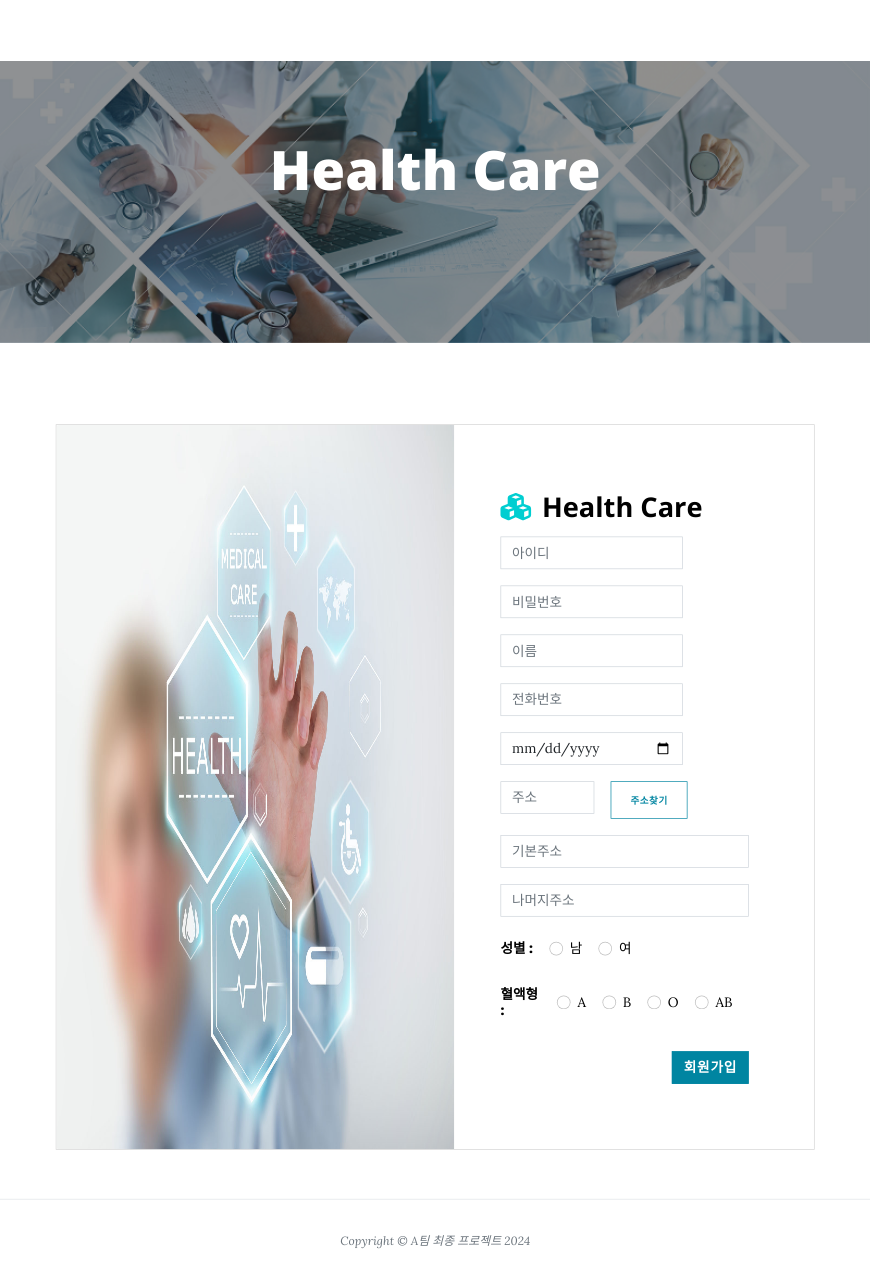
Repository: honsb91/project
Page: http://localhost/hospital/member/join.jsp
These files come from the project's save history. The page is drawn as it stood at one moment and after the next save; the edit follows.
The browser window is 1280 px wide. The pictures show the whole page, at 68% of full size.
Some web libraries are served in a nearby version. The page is served by Tomcat 9. Nobody is signed in. The application's start-up code is not run. Other server files are loaded and not shown.

Above is the page before, as saved 2024-01-29 05:15:36.

### hospital/src/main/webapp/member/join.jsp
<%@ page language="java" contentType="text/html; charset=UTF-8"
	pageEncoding="UTF-8"%>
<%@ taglib prefix="c" uri="http://java.sun.com/jsp/jstl/core"%>
<!DOCTYPE html>
<html>
<head>
<meta charset="UTF-8">
<title>회원가입</title>
<link rel="stylesheet" href="/resources/css/member/join.css">
</head>
<%@ include file="/include/header.jsp"%>
<body>
<section class="h-100">
<form id="join_form" method="post">
  <div class="container py-5 h-100">
    <div class="row d-flex justify-content-center align-items-center h-100">
      <div class="col">
        <div class="card card-registration my-4">
          <div class="row g-0">
            <div class="col-xl-6 d-none d-xl-block">
              <img src="/resources/assets/img/test5.jpg" alt="Sample photo" class="img-fluid"
                style="border-top-left-radius: .25rem; border-bottom-left-radius: .25rem;" />
            </div>
            <div class="col-xl-6">
              <div class="card-body p-md-5 text-black">
                <div class="d-flex align-items-center mb-3 pb-1">
                    <i class="fas fa-cubes fa-2x me-3" style="color: #00ced1;"></i>
                    <span class="h1 fw-bold mb-0">Health Care</span>
                  </div>
                <div class="row">
                  <div class="col-md-9 mb-4">
                    <div class="form-outline">
                      <input type="text" name="patient_id" id="id_input" class="form-control form-control-lg" placeholder="아이디" />
                    </div>
                    <span class="id_input_re_1">사용 가능한 아이디입니다.</span>
					<span class="id_input_re_2">아이디가 이미 존재합니다.</span>
                  </div>
                </div>
                <div class="row">
                  <div class="col-md-9 mb-4">
                    <div class="form-outline">
                      <input type="password" name="patient_pw" id="form3Example1m1" class="form-control form-control-lg" placeholder="비밀번호"/>
                    </div>
                  </div>
                </div>
                <div class="row">
                  <div class="col-md-9 mb-4">
                    <div class="form-outline">
                      <input type="text" name="patient_name" id="form3Example1m1" class="form-control form-control-lg" placeholder="이름"/>
                    </div>
                  </div>
                </div>

                <div class="row">
                  <div class="col-md-9 mb-4">
                    <div class="form-outline">
                      <input type="text" name="patient_phone" id="form3Example1m1" class="form-control form-control-lg" placeholder="전화번호"/>
                    </div>
                  </div>
                </div>

                <div class="row">
                  <div class="col-md-9 mb-4">
                    <div class="form-outline">
                      <input type="date" name="patient_birth" id="form3Example1m1" class="form-control form-control-lg" />
                    </div>
                  </div>
                </div>

                <div class="row">
    				<div class="col-md-5 mb-4">
        				<div class="form-outline">
            				<input type="text" name="patient_address1" class="form-control form-control-lg" readonly="readonly" placeholder="주소"/>
        				</div>
    				</div>
    				<div class="col-md-5 mb-4">
        				<button type="button" class="btn btn-outline-primary" onclick="execution_daum_address()">주소찾기</button>
    				</div>
				</div>

                <div class="form-outline mb-4">
                  <input type="text" name="patient_address2" class="form-control form-control-lg" readonly="readonly" placeholder="기본주소"/>
                </div>

                <div class="form-outline mb-4">
                  <input type="text" name="patient_address3" class="form-control form-control-lg" readonly="readonly" placeholder="나머지주소"/>
                </div>

              <div class="d-md-flex justify-content-start align-items-center mb-4 py-2">
  					<h5 class="mb-0 me-4">성별 : </h5>
  					<div class="form-check form-check-inline mb-0 me-4">
    					<input class="form-check-input" type="radio" name="patient_gender" id="femaleGender" value="female" />
    					<label class="form-check-label" for="femaleGender">남</label>
  					</div>
  			  		<div class="form-check form-check-inline mb-0 me-4">
    					<input class="form-check-input" type="radio" name="patient_gender" id="maleGender" value="male" />
    					<label class="form-check-label" for="maleGender">여</label>
  					</div>
			  </div>

			  <div class="d-md-flex justify-content-start align-items-center mb-4 py-2">
  				<h5 class="mb-0 me-4">혈액형 : </h5>
  				<div class="form-check form-check-inline mb-0 me-4">
    				<input class="form-check-input" type="radio" name="patient_blood" id="bloodTypeA" value="A" />
    				<label class="form-check-label" for="bloodTypeA">A</label>
  				</div>

  			    <div class="form-check form-check-inline mb-0 me-4">
    				<input class="form-check-input" type="radio" name="patient_blood" id="bloodTypeB" value="B" />
    				<label class="form-check-label" for="bloodTypeB">B</label>
  				</div>

  				<div class="form-check form-check-inline mb-0 me-4">
    				<input class="form-check-input" type="radio" name="patient_blood" id="bloodTypeO" value="O" />
    				<label class="form-check-label" for="bloodTypeO">O</label>
  				</div>

  				<div class="form-check form-check-inline mb-0 me-4">
    				<input class="form-check-input" type="radio" name="patient_blood" id="bloodTypeAB" value="AB" />
    				<label class="form-check-label" for="bloodTypeAB">AB</label>
  				</div>
			  </div>

                <div class="d-flex justify-content-end pt-3">
                  <button type="button" name="join_button" class="btn btn-primary btn-lg ms-2">회원가입</button>
                </div>
              </div>
            </div>
          </div>
        </div>
      </div>
    </div>
  </div>
  </form>
</section>
</body>
<%@ include file="/include/footer.jsp"%>
<script src="https://t1.daumcdn.net/mapjsapi/bundle/postcode/prod/postcode.v2.js"></script>
<script
  src="https://code.jquery.com/jquery-3.4.1.js"
  integrity="sha256-WpOohJOqMqqyKL9FccASB9O0KwACQJpFTUBLTYOVvVU="
  crossorigin="anonymous"></script>

<script>

/* 다음 주소 연동 */
function execution_daum_address(){

    new daum.Postcode({
        oncomplete: function(data) {
            // 팝업에서 검색결과 항목을 클릭했을때 실행할 코드를 작성하는 부분입니다.
        	// 각 주소의 노출 규칙에 따라 주소를 조합한다.
            // 내려오는 변수가 값이 없는 경우엔 공백('')값을 가지므로, 이를 참고하여 분기 한다.
            var addr = ''; // 주소 변수
            var extraAddr = ''; // 참고항목 변수

            //사용자가 선택한 주소 타입에 따라 해당 주소 값을 가져온다.
            if (data.userSelectedType === 'R') { // 사용자가 도로명 주소를 선택했을 경우
                addr = data.roadAddress;
            } else { // 사용자가 지번 주소를 선택했을 경우(J)
                addr = data.jibunAddress;
            }

            // 사용자가 선택한 주소가 도로명 타입일때 참고항목을 조합한다.
            if(data.userSelectedType === 'R'){
                // 법정동명이 있을 경우 추가한다. (법정리는 제외)
                // 법정동의 경우 마지막 문자가 "동/로/가"로 끝난다.
                if(data.bname !== '' && /[동|로|가]$/g.test(data.bname)){
                    extraAddr += data.bname;
                }
                // 건물명이 있고, 공동주택일 경우 추가한다.
                if(data.buildingName !== '' && data.apartment === 'Y'){
                    extraAddr += (extraAddr !== '' ? ', ' + data.buildingName : data.buildingName);
                }
                // 표시할 참고항목이 있을 경우, 괄호까지 추가한 최종 문자열을 만든다.
                if(extraAddr !== ''){
                    extraAddr = ' (' + extraAddr + ')';
                }
             // 주소변수 문자열과 참고항목 문자열 합치기
                addr += extraAddr;

            } else {
            	addr += ' ';
            }
            // 우편번호와 주소 정보를 해당 필드에 넣는다.
            $("[name=patient_address1]").val(data.zonecode);    // 대체가능
            $("[name=patient_address2]").val(addr);            // 대체가능
            // 상세주소 입력란 disabled 속성 변경 및 커서를 상세주소 필드로 이동한다.
            $("[name=patient_address3]").attr("readonly",false);
            $("[name=patient_address3]").focus();
        }
    }).open();
}

/* 회원가입 기능 작동관련 로직 */
	$(document).ready(function(){
	//회원가입 버튼(회원가입 기능 작동)
	$("[name=join_button]").click(function(){
		$("#join_form").attr("action", "/member/join");
		$("#join_form").submit();
	});
});

/* 아이디 중복검사 로직 */
//아이디 중복검사
$('#id_input').on("propertychange change keyup paste input", function(){

	var patient_id = $('#id_input').val(); // #id_input에 입력되는 값
	var data = {patient_id : patient_id}   // 컨트롤에 넘길 데이터 이름 : 데이터(#id_input에 입력되는 값)

	$.ajax({
		type : "post",
		url : "/member/patientIdChk",
		data : data,
		success : function(result){
			if(result != 'fail'){
				$('.id_input_re_1').css("display","inline-block");
				$('.id_input_re_2').css("display", "none");
			} else {
				$('.id_input_re_2').css("display","inline-block");
				$('.id_input_re_1').css("display", "none");
			}
		} // success 종료
	}); // ajax 종료
});

</script>
</html>

### hospital/src/main/webapp/include/header.jsp
<%@ page language="java" contentType="text/html; charset=UTF-8"
    pageEncoding="UTF-8"%><head>
<%@ taglib prefix="c" uri="http://java.sun.com/jsp/jstl/core"%>
<meta charset="UTF-8">
<title>Insert title here</title>
<head>
<meta charset="utf-8" />
<meta name="viewport"
	content="width=device-width, initial-scale=1, shrink-to-fit=no" />
<meta name="description" content="" />
<meta name="author" content="" />
<link rel="icon" type="image/x-icon" href="/resources/assets/favicon.ico" />
<!-- Font Awesome icons (free version)-->
<script src="https://use.fontawesome.com/releases/v6.3.0/js/all.js"
	crossorigin="anonymous"></script>
<!-- Google fonts-->
<link
	href="https://fonts.googleapis.com/css?family=Lora:400,700,400italic,700italic"
	rel="stylesheet" type="text/css" />
<link
	href="https://fonts.googleapis.com/css?family=Open+Sans:300italic,400italic,600italic,700italic,800italic,400,300,600,700,800"
	rel="stylesheet" type="text/css" />
<!-- Core theme CSS (includes Bootstrap)-->
<link href="/resources/css/styles.css" rel="stylesheet" />
</head>
<body>
	<!-- Navigation-->
	<nav class="navbar navbar-expand-lg navbar-light" id="mainNav">
		<div class="container px-4 px-lg-5">
			<a class="navbar-brand" href="index.html">Health Care</a>
			<button class="navbar-toggler" type="button"
				data-bs-toggle="collapse" data-bs-target="#navbarResponsive"
				aria-controls="navbarResponsive" aria-expanded="false"
				aria-label="Toggle navigation">
				Menu <i class="fas fa-bars"></i>
			</button>
			<div class="collapse navbar-collapse" id="navbarResponsive">
				<ul class="navbar-nav ms-auto py-4 py-lg-0 ">
					<li class="nav-item"><a class="nav-link px-lg-3 py-3 py-lg-4" href="/main">Home</a></li>
					<li class="nav-item"><a class="nav-link px-lg-3 py-3 py-lg-4" href="about.html">공지사항</a></li>
					<li class="nav-item"><a class="nav-link px-lg-3 py-3 py-lg-4" href="post.html">자주묻는질문</a></li>
					<li class="nav-item"><a class="nav-link px-lg-3 py-3 py-lg-4" href="post.html">커뮤니티</a></li>
					<li class="nav-item"><a class="nav-link px-lg-3 py-3 py-lg-4" href="/member/login.jsp">로그인</a></li>
					<li class="nav-item"><a class="nav-link px-lg-3 py-3 py-lg-4" href="/member/join.jsp">회원가입</a></li>
				</ul>
			</div>
		</div>
	</nav>
	<!-- Page Header-->
	<header class="masthead" style="background-image: url('/resources/assets/img/test4.png')">
		<div class="container position-relative px-4 px-lg-5">
			<div class="row gx-4 gx-lg-5 justify-content-center">
				<div class="col-md-10 col-lg-8 col-xl-7">
					<div class="site-heading">
						<h1>Health Care</h1>
					</div>
				</div>
			</div>
		</div>
	</header>

### hospital/src/main/webapp/include/footer.jsp
<%@ page language="java" contentType="text/html; charset=UTF-8"
    pageEncoding="UTF-8"%>
<!DOCTYPE html>
<html>
<head>
<meta charset="UTF-8">
<title>Insert title here</title>
</head>
<body>
<footer class="border-top">
		<div class="container px-4 px-lg-5">
			<div class="row gx-4 gx-lg-5 justify-content-center">
				<div class="col-md-10 col-lg-8 col-xl-7">
					<div class="small text-center text-muted fst-italic">Copyright
						&copy; A팀 최종 프로젝트 2024</div>
				</div>
			</div>
		</div>
	</footer>
	<!-- Bootstrap core JS-->
	<script
		src="https://cdn.jsdelivr.net/npm/bootstrap@5.2.3/dist/js/bootstrap.bundle.min.js"></script>
	<!-- Core theme JS-->
	<script src="js/scripts.js"></script>
</body>
</html>

### hospital/src/main/webapp/resources/css/member/join.css
@charset "UTF-8";

/* 중복아이디 존재하지 않는경우 */
.id_input_re_1{
color : green;
display : none;
}

/* 중복아이디 존재하는 경우 */
.id_input_re_2{
color : red;
display : none;
}

/* 유효성 검사 문구 */

.final_id_ck{
    display: none;
    color : red;
}
.final_pw_ck{
    display: none;
    color : red;
}
.final_pwck_ck{
    display: none;
    color : red;
}
.final_name_ck{
    display: none;
    color : red;
}

.final_phone_ck{
    display: none;
    color : red;
}

.final_addr_ck{
    display: none;
    color : red;
}

/* 비밀번호 확인 일치 유효성검사 */
.pwck_input_re_1{
        color : green;
        display : none;
}
.pwck_input_re_2{
        color : red;
        display : none;
}

### hospital/src/main/webapp/resources/js/scripts.js
/*!
* Start Bootstrap - Clean Blog v6.0.9 (https://startbootstrap.com/theme/clean-blog)
* Copyright 2013-2023 Start Bootstrap
* Licensed under MIT (https://github.com/StartBootstrap/startbootstrap-clean-blog/blob/master/LICENSE)
*/
window.addEventListener('DOMContentLoaded', () => {
    let scrollPos = 0;
    const mainNav = document.getElementById('mainNav');
    const headerHeight = mainNav.clientHeight;
    window.addEventListener('scroll', function() {
        const currentTop = document.body.getBoundingClientRect().top * -1;
        if ( currentTop < scrollPos) {
            // Scrolling Up
            if (currentTop > 0 && mainNav.classList.contains('is-fixed')) {
                mainNav.classList.add('is-visible');
            } else {
                console.log(123);
                mainNav.classList.remove('is-visible', 'is-fixed');
            }
        } else {
            // Scrolling Down
            mainNav.classList.remove(['is-visible']);
            if (currentTop > headerHeight && !mainNav.classList.contains('is-fixed')) {
                mainNav.classList.add('is-fixed');
            }
        }
        scrollPos = currentTop;
    });
})

Loaded but not shown: hospital/src/main/webapp/resources/css/styles.css (library)

After the next save:
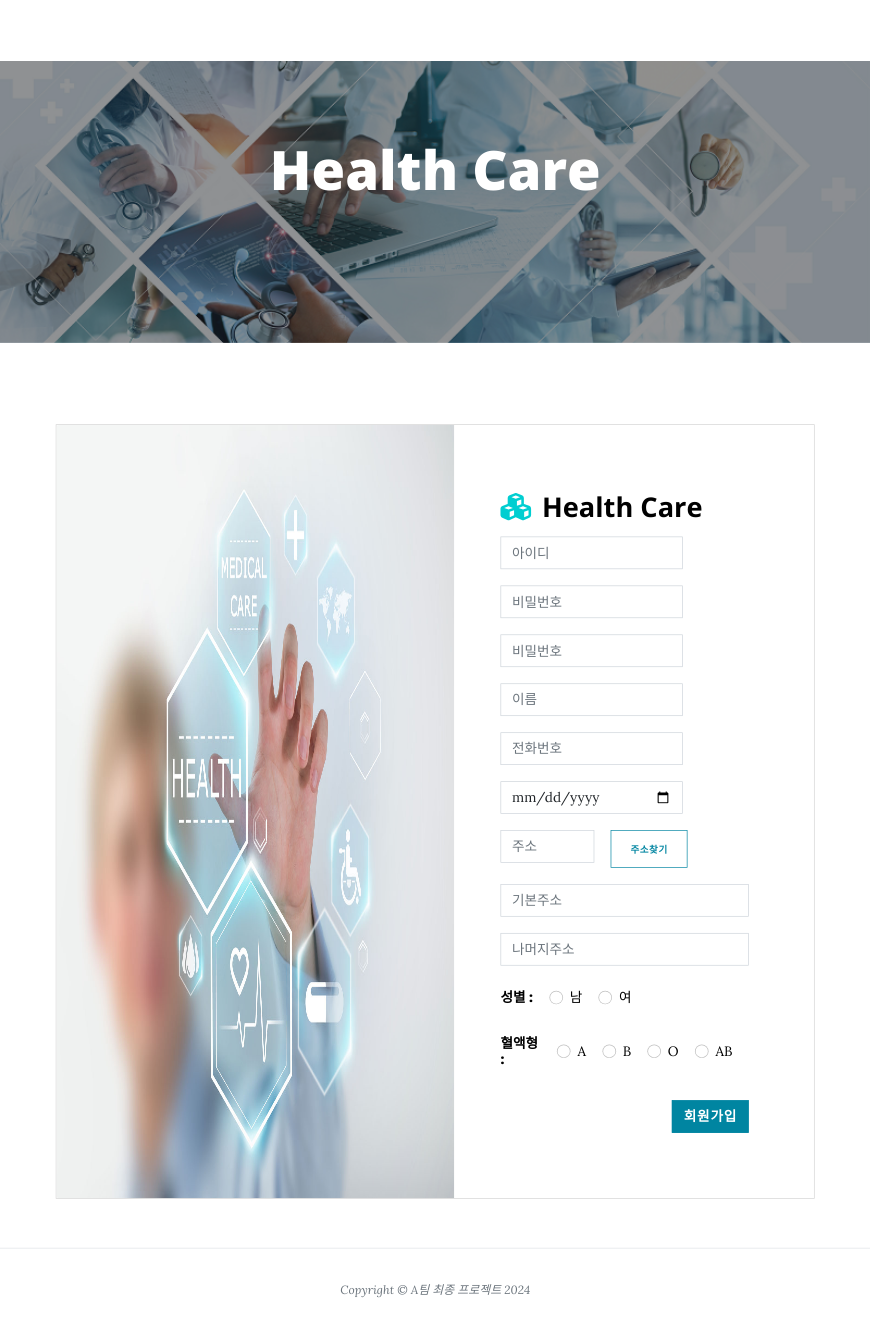
Saved 2 h 33 min later.
--- a/hospital/src/main/webapp/member/join.jsp
+++ b/hospital/src/main/webapp/member/join.jsp
@@ -36,6 +36,7 @@
 					<span class="id_input_re_2">아이디가 이미 존재합니다.</span>
                   </div>
                 </div>
+
                 <div class="row">
                   <div class="col-md-9 mb-4">
                     <div class="form-outline">
@@ -43,6 +44,15 @@
                     </div>
                   </div>
                 </div>
+
+                <div class="row">
+                  <div class="col-md-9 mb-4">
+                    <div class="form-outline">
+                      <input type="password" name="patient_pw_chk" id="form3Example1m1" class="form-control form-control-lg" placeholder="비밀번호"/>
+                    </div>
+                  </div>
+                </div>
+
                 <div class="row">
                   <div class="col-md-9 mb-4">
                     <div class="form-outline">
